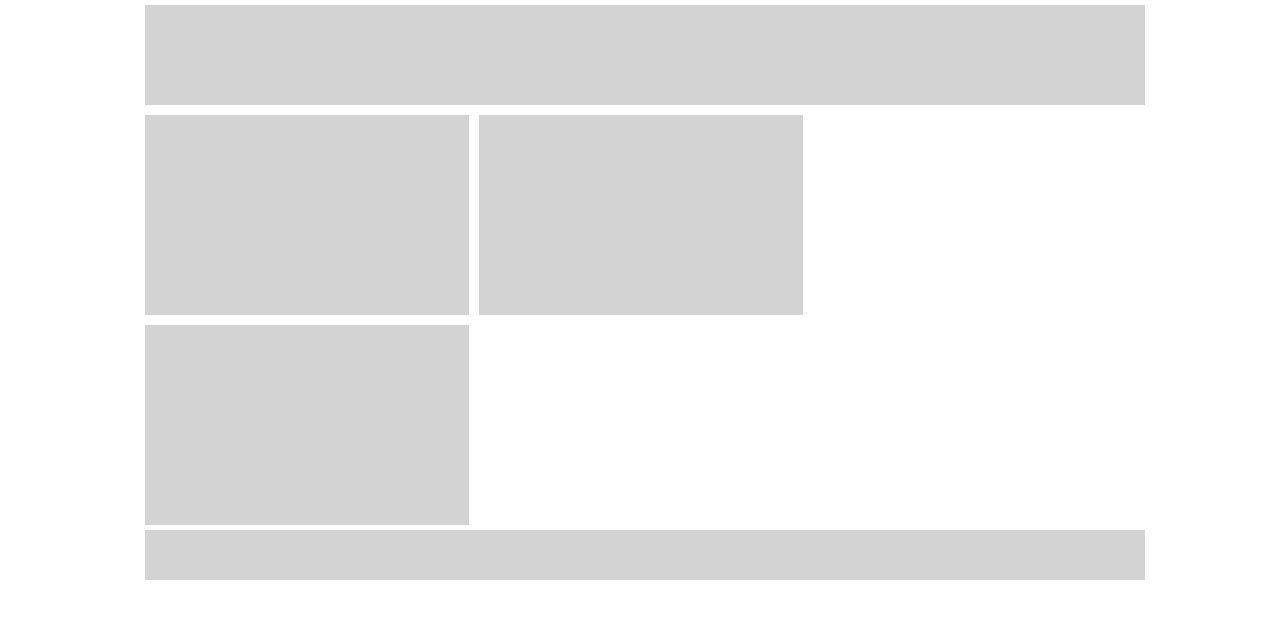
Repository: onopriienkoalina/onopriienkoalina.github.io
Page: dz9_containers/index.html
These files come from the project's save history. The page is drawn as it stood at one moment and after the next save; the edit follows.
The browser window is 1280 px wide. The pictures show the whole page.
The style sheet was rebuilt from its Sass, Less or Tailwind sources for each picture, by a compiler version that may differ from the author's.

Above is the page before, as saved 2021-12-01 18:23:24.

### dz9_containers/index.html
<!DOCTYPE html>
<html lang="en">
<head>
    <meta charset="UTF-8">
    <meta http-equiv="X-UA-Compatible" content="IE=edge">
    <meta name="viewport" content="width=device-width, initial-scale=1.0">
    <title>Document</title>
    <link href="reset.css" rel="stylesheet">
    <link href="css/style.css" rel="stylesheet">
</head>
<body>
    <div class="block1">
<div class="header"></div>
<div class="section"></div>
<div class="section"></div>
<div class="section"></div>
<div class="footer"></div>
</div>
</body>
</html>

### dz9_containers/style.scss

.section{
 float: left;
 width: 32.4%;
 height: 200px;
 margin: 5px;
 background-color: #D3D3D3;
}
.header {
    clear: left;
    width: 100%;
    height: 100px;
    margin: 5px;
    background-color: #D3D3D3;
}
.footer {
    clear: left;
    width: 100%;
    height: 50px;
    margin: 5px;
    background-color: #D3D3D3;
}
.block1 {
    width: 1000px;
    margin: auto;
}

Loaded but not shown: dz9_containers/reset.css (common file)

After the next save:
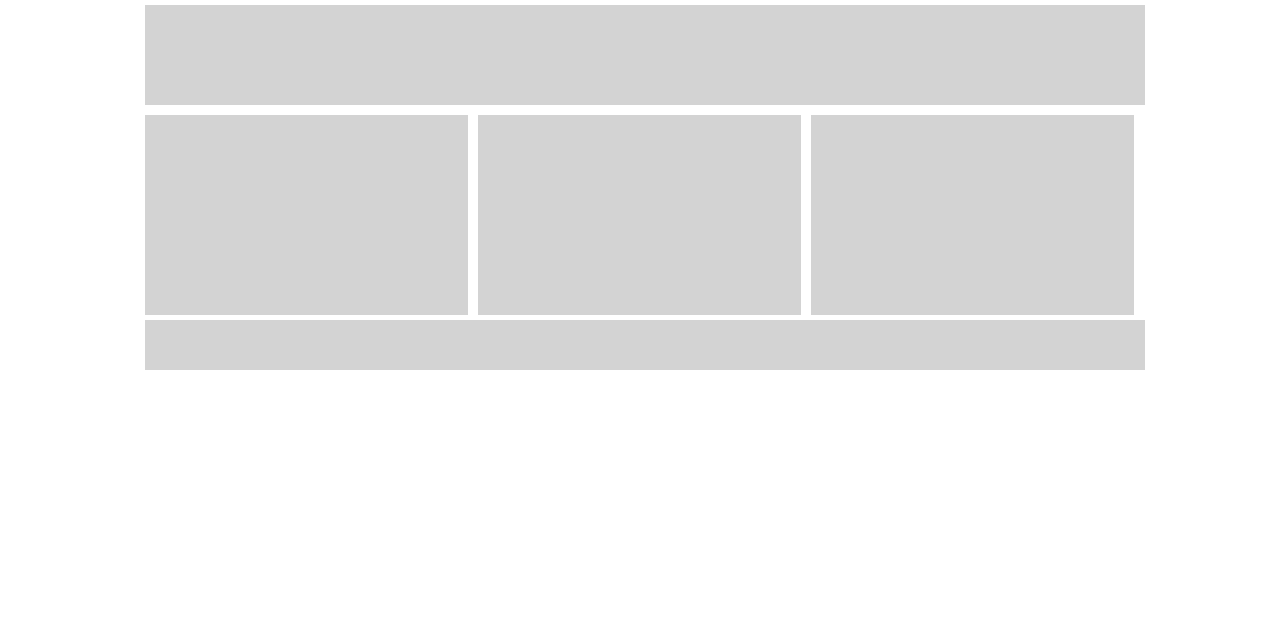
Saved 6 s later.
--- a/dz9_containers/style.scss
+++ b/dz9_containers/style.scss
@@ -1,7 +1,7 @@
 
 .section{
  float: left;
- width: 32.4%;
+ width: 32.3%;
  height: 200px;
  margin: 5px;
  background-color: #D3D3D3;

After the save that followed:
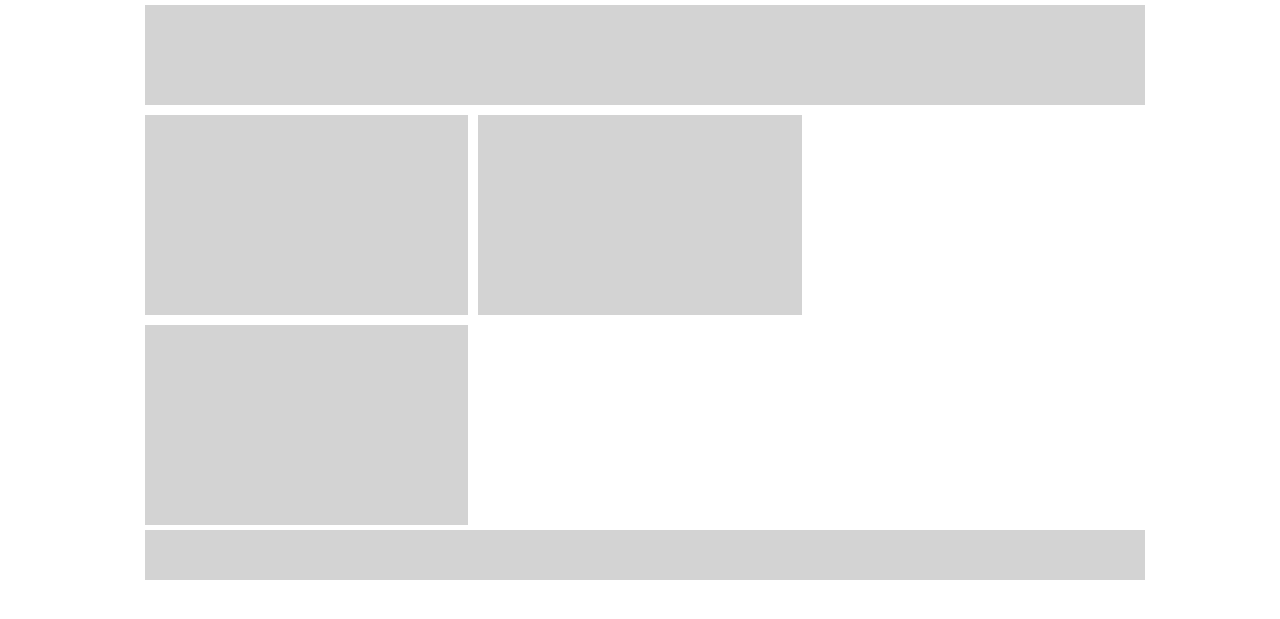
Saved 2 min 9 s later.
--- a/dz9_containers/style.scss
+++ b/dz9_containers/style.scss
@@ -1,7 +1,7 @@
 
 .section{
  float: left;
- width: 32.3%;
+ width: 32.35%;
  height: 200px;
  margin: 5px;
  background-color: #D3D3D3;
